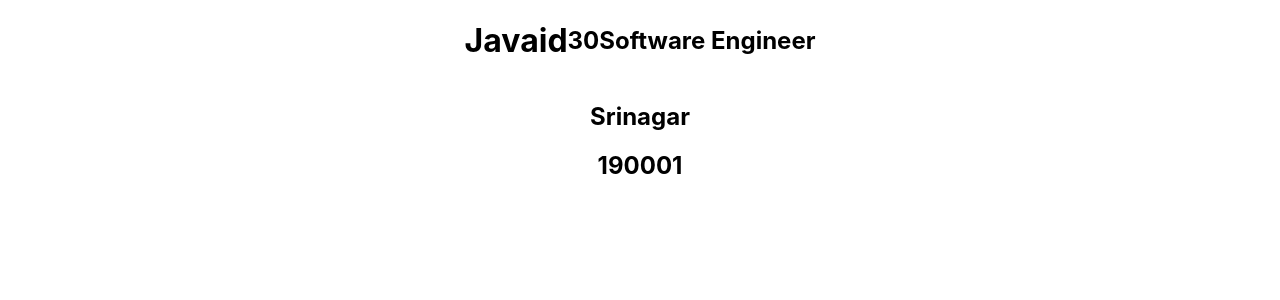
Repository: JavaidAhmadKhan/framer-motion-reacr
Page: /
An editor plug-in stored every save of this project. The page is shown before and after a run of saves, followed by the edit.
The browser window is 1280 px wide. The pictures show the whole page.
The project was rebuilt for these pictures with package versions that can differ from the ones it lists, and the page was loaded fresh each time.

Above is the page before, as saved 2022-05-19 17:19:51.

### src/App.js
import { Component } from "react";

import "./App.css";
class App extends Component {
  constructor() {
    console.log("constructor");
    super();
    console.log("super");
    this.state = {
      name: "Javaid",
      age: 30,
      profession: "Software Engineer",
      address: {
        city: "Srinagar",
        pincode: "190001",
      },
    };
  }

  render() {
    console.log("render");
    return (
      <div className="App">
        <div
          style={{
            display: "flex",
            alignItems: "center",
            justifyContent: "center",
          }}
        >
          <h1>{this.state.name}</h1>
          <h2>{this.state.age}</h2>
          <h2>{this.state.profession}</h2>
        </div>
        <h2>{this.state.address.city}</h2>
        <h2>{this.state.address.pincode}</h2>
      </div>
    );
  }
}

export default App;

Loaded but not shown: public/index.html (common file); src/index.js (common file); src/index.css (common file); src/reportWebVitals.js (common file); src/App.css (common file)

After the next 2 saves:
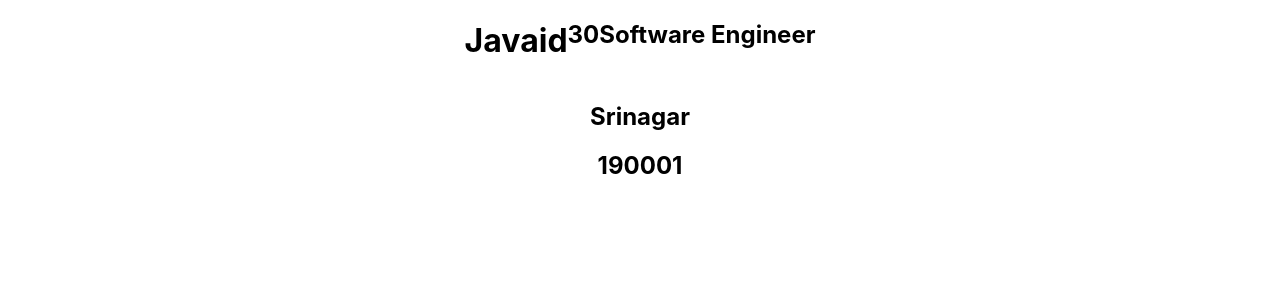
The 2 saves are shown as one change because they came seconds apart.
The last was saved 6 s later.
--- a/src/App.js
+++ b/src/App.js
@@ -24,7 +24,6 @@
         <div
           style={{
             display: "flex",
-            alignItems: "center",
             justifyContent: "center",
           }}
         >

After the save that followed:
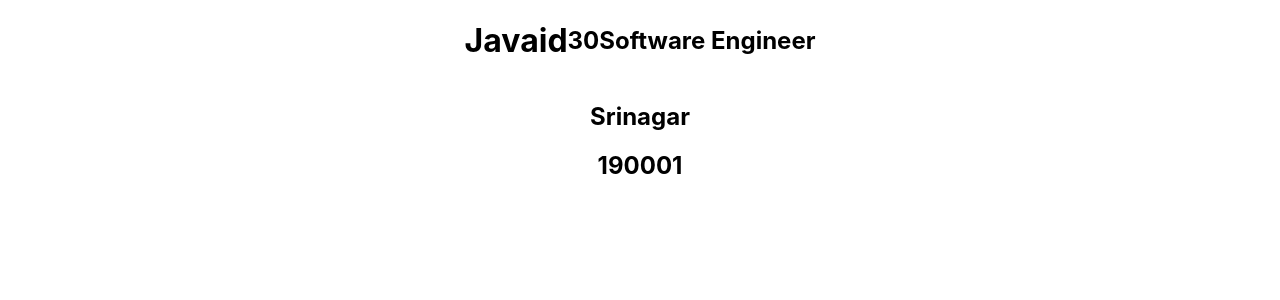
Saved 4 s later.
--- a/src/App.js
+++ b/src/App.js
@@ -24,6 +24,7 @@
         <div
           style={{
             display: "flex",
+            alignItems: "center",
             justifyContent: "center",
           }}
         >
